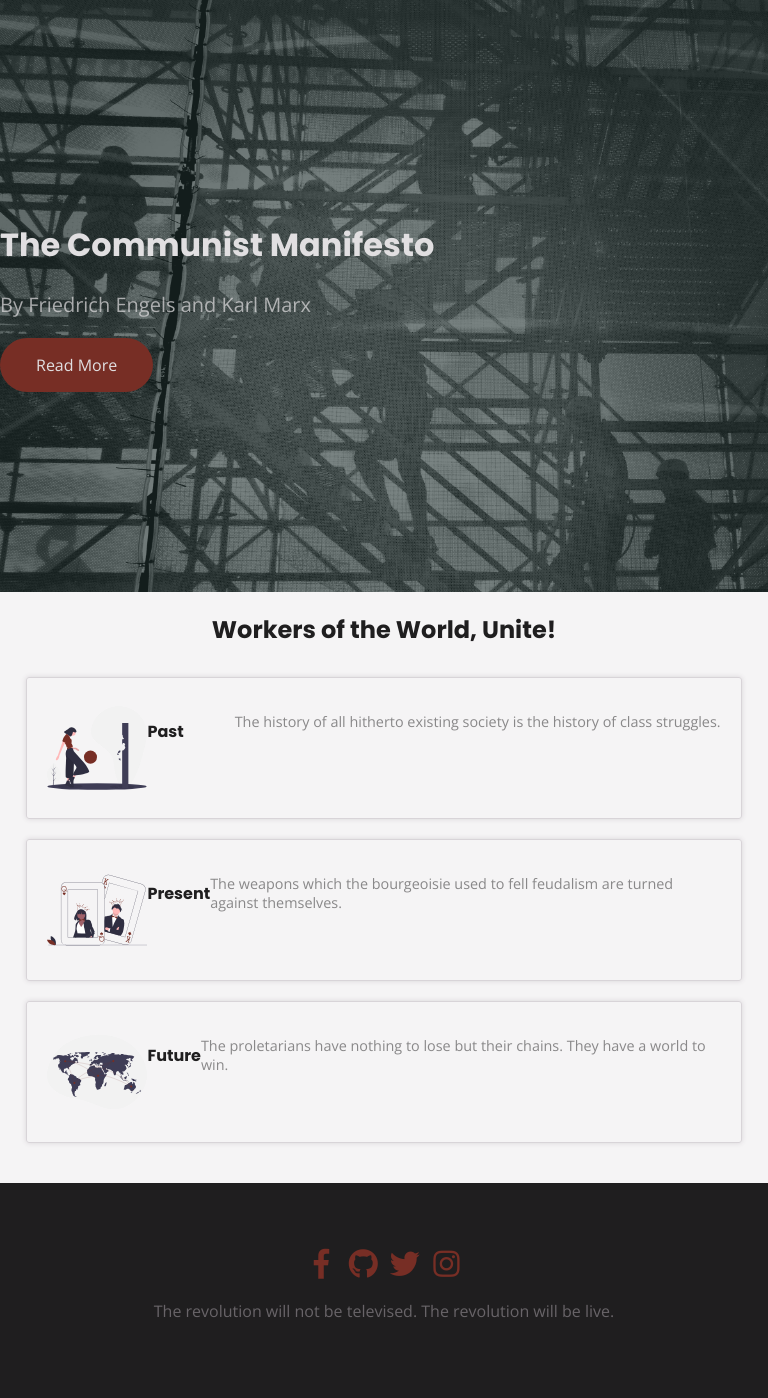
Repository: eaang/landing
Page: index.html
These files come from the project's save history. The page is drawn as it stood at one moment and after the next save; the edit follows.
The browser window is 768 px wide. The pictures show the whole page.
Some web libraries are served in a nearby version.

Above is the page before, as saved 2020-06-10 17:07:31.

After the next save:
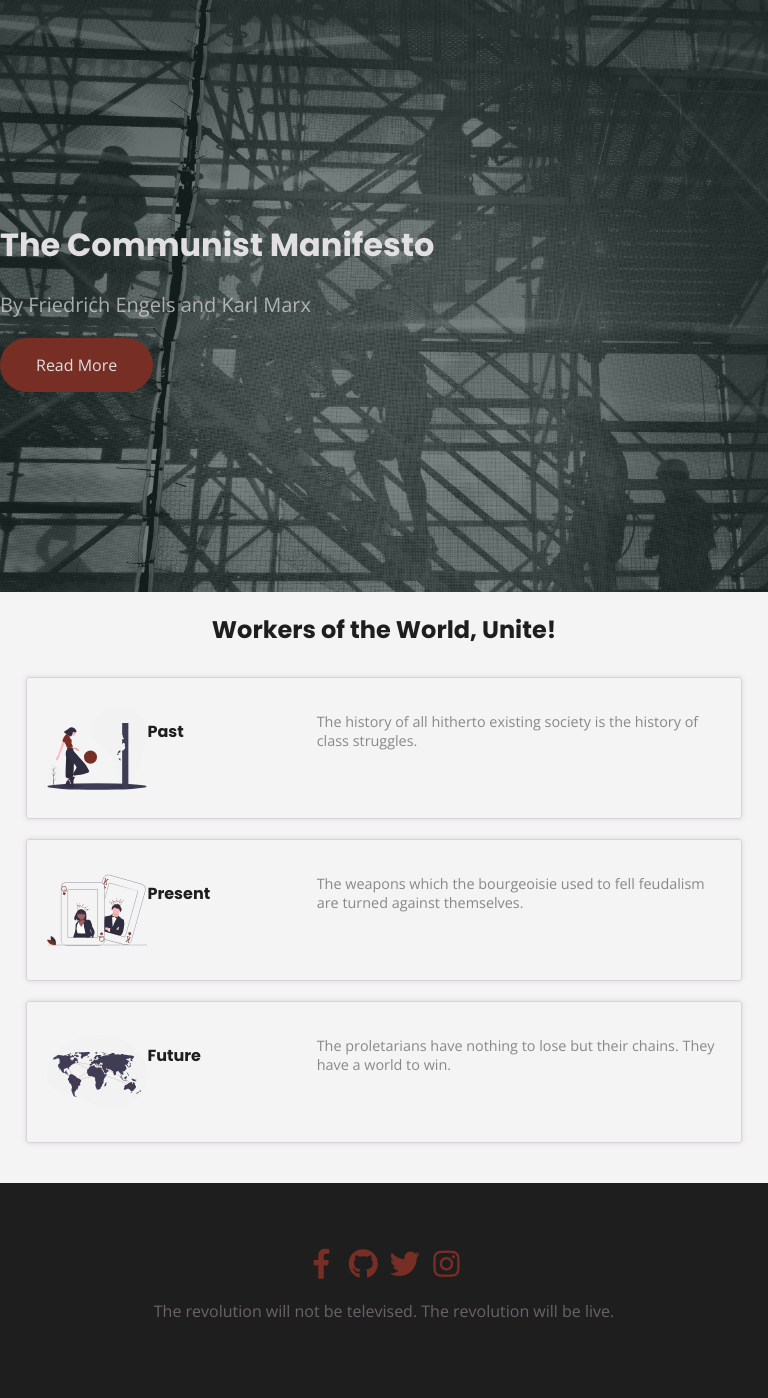
Saved 32 s later.
--- a/css/style.css
+++ b/css/style.css
@@ -144,4 +144,7 @@ a {
   .card-titles {
     flex: 1 0 auto;
   }
+  .card-text {
+    width: 60%;
+  }
 }
